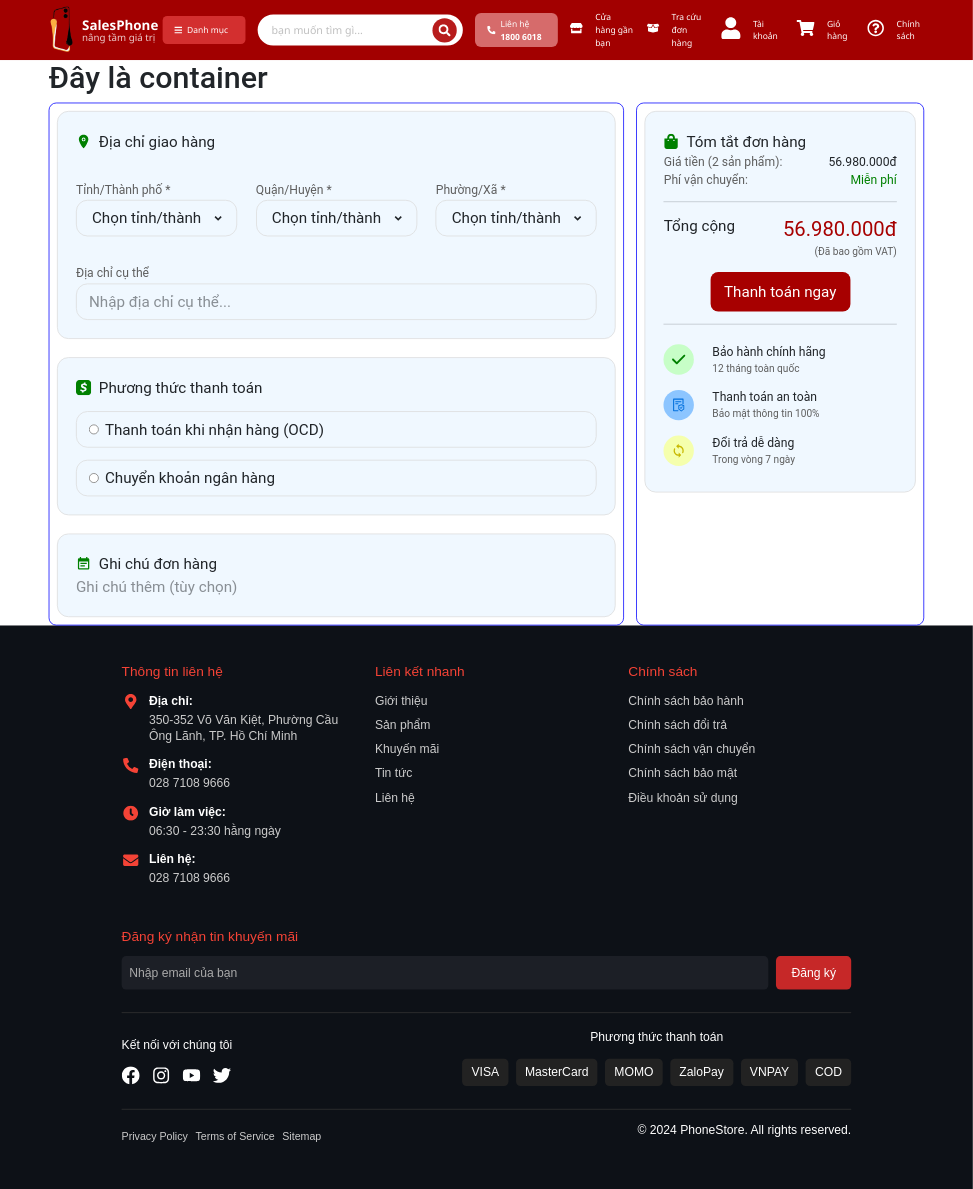
Repository: nguyenhuuluanTTB/cn-da22ttb-nguyenhuuluan-website_salesphone-nextjs_nodejs
Page: /order (app in Project_SalesPhone/client/salesphone/)
An editor plug-in stored every save of this project. The page is shown before and after the next save, followed by the edit.
The browser window is 1280 px wide. The pictures show the whole page, at 76% of full size.
The project was rebuilt for these pictures with package versions that can differ from the ones it lists, and the page was loaded fresh each time. The framework's server and built-in components were replaced by stand-ins that run in the browser. Also part of the build but not shown: Project_SalesPhone/client/salesphone/next.config.ts.

Above is the page before, as saved 2025-12-02 03:01:01.

After the next save:
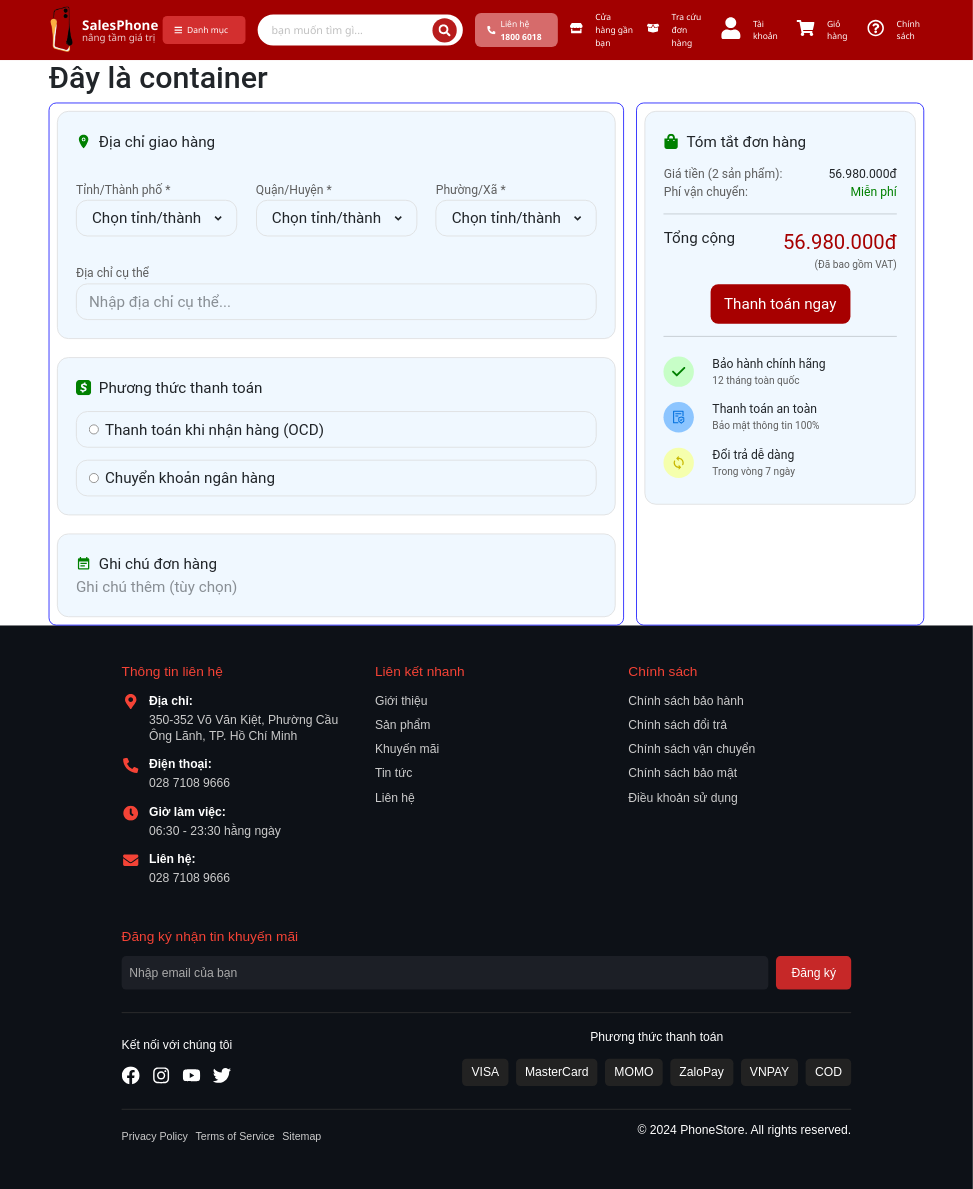
Saved 36 s later.
--- a/Project_SalesPhone/client/salesphone/app/order/page.tsx
+++ b/Project_SalesPhone/client/salesphone/app/order/page.tsx
@@ -106,7 +106,7 @@
                         <div className={styles.donhang}>
 
                             <div className={styles.title_location}><FaShoppingBag style={{color:'green', fontWeight: 'bold'}}/><span>Tóm tắt đơn hàng</span></div>
-                            <div style={{display: 'flex', justifyContent: 'space-between', fontSize: '12pt'}}>
+                            <div style={{display: 'flex', justifyContent: 'space-between', fontSize: '12pt', marginTop: '1rem'}}>
                                 <span style={{color: 'rgb(94, 94, 94)'}}>Giá tiền (2 sản phẩm):</span><span>56.980.000đ</span>
                             </div>
                             <div style={{display: 'flex', justifyContent: 'space-between', fontSize: '12pt'}}>
